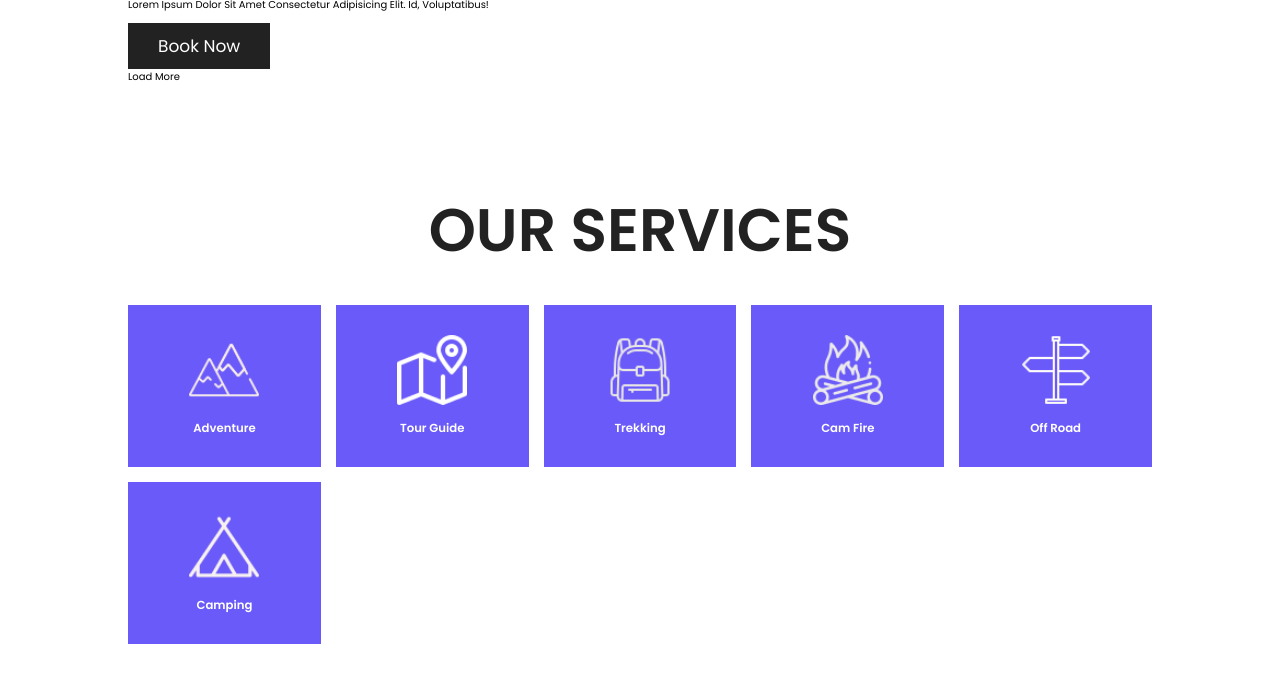
Repository: CTCuong/Traveloka-Web
Page: assets/home.html
These files come from the project's save history. The page is drawn as it stood at one moment and after the next save; the edit follows.
The browser window is 1280 px wide. The pictures show the part of the page from y = 2838 to 3532 px (the page is 4178 px tall before and 4218 px after).
Pictures or frames that could not be fetched are drawn as grey boxes. A picture or video elsewhere on the page could not be fetched, so the positions and the page height are approximate. Backgrounds fixed to the window are drawn as part of the page.

Above is the page before, as saved 2023-07-04 21:03:31.

### assets/home.html
<!DOCTYPE html>
<html lang="en">
<head>
    <meta charset="UTF-8">
    <meta name="viewport" content="width=device-width, initial-scale=1.0">
    <title>Document</title>
    <!--swiper css-->
    <link rel="stylesheet"href="https://cdn.jsdelivr.net/npm/swiper@9/swiper-bundle.min.css"/>
    <!--font awesome link-->
    <link rel="stylesheet" href="https://cdnjs.cloudflare.com/ajax/libs/font-awesome/6.4.0/css/all.min.css">
    <!-- css file link -->
    <link rel="stylesheet" href="/assets/css/style.css">
</head>
<body>
    <!-- header section starts -->
    <section class="header">
        <a href="home.html" class="logo">travel.</a>

        <nav class="navbar">
            <a href="home.html">Home</a>
            <a href="about.html">About</a>
            <a href="package.html">Package</a>
            <a href="book.html">Book</a>

        </nav>

        <div id="menu-btn" class="fas fa-bars"></div>
    </section>
    <!-- header section ends -->

    <!-- home section starts -->
    <section class="home">

        <div class="swiper home-slider">

            <div class="swiper-wrapper">

                <div class="swiper-slide slide" style="background: url(/assets/image/Content/sun-moon-lake-morning-taiwan.jpg) no-repeat;">
                    <div class="content">
                        <span>explore, discover, travel</span>
                        <h3>travel arround the world</h3>
                        <a href="package.html" class="btn">discover more</a>
                    </div>
                </div>

                <div class="swiper-slide slide" style="background: url(/assets/image/Content/sun-moon-lake-morning-taiwan.jpg) no-repeat;">
                    <div class="content">
                        <span>explore, discover, travel</span>
                        <h3>discover the new places</h3>
                        <a href="package.html" class="btn">discover more</a>
                    </div>
                </div>

                <div class="swiper-slide slide" style="background: url(/assets/image/Content/sun-moon-lake-morning-taiwan.jpg) no-repeat;">
                    <div class="content">
                        <span>explore, discover, travel</span>
                        <h3>make your tour worthwhile</h3>
                        <a href="package.html" class="btn">discover more</a>
                    </div>
                </div>

            </div>
            <div class="swiper-pagination"></div>

        </div>
    </section>
    <!-- home section ends -->

    <!-- home about section strats -->
    <section class="home-about">

        <div class="image">
            <img src="/assets/image/About/beautiful-sunrise-fishing-dip-nets-pakpra-phatthalung-thailand_335224-816.avif" alt="">
        </div>

        <div class="content">
            <h3>about us</h3>
            <p>Hội An – nơi mà cuộc sống cứ bình lặng như thế. Hội An – nơi mà dường như dòng chảy vô tình của thời gian chẳng thể nào vùi lấp đi cái không khí cổ xưa.
             Những mái ngói cũ phủ đầy rêu phong, những con đường ngập trong sắc đỏ của đèn lồng, những bức hoành phi được chạm trổ tinh vi, tất cả như đưa ta về với
             một thế giới của vài trăm năm trước</p>
            <a href="about.html" class="btn"> read more</a>
        </div>
    </section>

    <!-- home about section ends -->

    <!-- home package section starts -->
    <section class="home-packages">

        <h1 class="heading"> our packages </h1>

        <div class="box-container">

            <div class="box">
                <div class="image">
                    <img src="/assets/image/Packages/3.jpg" alt="">
                </div>
                <div class="content">
                    <h3> adventure & tour </h3>
                    <p>Lorem ipsum dolor sit amet consectetur adipisicing elit. Id, voluptatibus!</p>
                    <a href="book.html" class="btn"> book now </a>
                </div>
            </div>

            <div class="box">
                <div class="image">
                    <img src="/assets/image/Packages/4.jpg" alt="">
                </div>
                <div class="content">
                    <h3> adventure & tour </h3>
                    <p>Lorem ipsum dolor sit amet consectetur adipisicing elit. Id, voluptatibus!</p>
                    <a href="book.html" class="btn"> book now </a>
                </div>
            </div>

            <div class="box">
                <div class="image">
                    <img src="/assets/image/Packages/1000_F_123366928_zyyHM653FcF4yUdvN18QuJ5tGSyccTAS.jpg" alt="">
                </div>
                <div class="content">
                    <h3> adventure & tour </h3>
                    <p>Lorem ipsum dolor sit amet consectetur adipisicing elit. Id, voluptatibus!</p>
                    <a href="book.html" class="btn"> book now </a>
                </div>
            </div>

        </div>

        <div class="load-more"> <a href="package.html"></a>load more</div>

    </section>
    <!-- home package section ends -->




    <!-- services section starts -->
    <section class="services">
        <h1 class="heading-title"> our services </h1>

        <div class="box-container">

            <div class="box">
                <img src="/assets/image/Services/1.png" alt="">
                <h3> adventure </h3>
            </div>

            <div class="box">
                <img src="/assets/image/Services/2.png" alt="">
                <h3> tour guide </h3>
            </div>

            <div class="box">
                <img src="/assets/image/Services/3.png" alt="">
                <h3> trekking </h3>
            </div>


            <div class="box">
                <img src="/assets/image/Services/4.png" alt="">
                <h3> cam fire </h3>
            </div>

            <div class="box">
                <img src="/assets/image/Services/5.png" alt="">
                <h3> off road </h3>
            </div>

            <div class="box">
                <img src="/assets/image/Services/6.png" alt="">
                <h3> camping </h3>
            </div>

        </div>
    </section>
    <!-- services section ends -->



    <!-- footer section starts -->

    <section class="footer">
        <div class="box-container">

            <div class="box">
                <h3>quick links</h3>
                <a href="home.html"><i class="fas fa-angle-right"></i>Home</a>
                <a href="about.html"><i class="fas fa-angle-right"></i>About</a>
                <a href="package.html"><i class="fas fa-angle-right"></i>Package</a>
                <a href="book.html"><i class="fas fa-angle-right"></i>Book</a>
            </div>

            <div class="box">
                <h3>extra links</h3>
                <a href="#"><i class="fas fa-angle-right"></i> ask question</a>
                <a href="#"><i class="fas fa-angle-right"></i> about us</a>
                <a href="#"><i class="fas fa-angle-right"></i> privacy policy</a>
                <a href="#"><i class="fas fa-angle-right"></i> terms of use</a>
            </div>

            <div class="box">
                <h3>contract info</h3>
                <a href="#"><i class="fas fa-phone"></i> +84 098-326-789 </a>
                <a href="#"><i class="fas fa-phone"></i> +84 023-908-7865 </a>
                <a href="#"><i class="fas fa-envelope"></i> travekhanas@gmail.com </a>
                <a href="#"><i class="fas fa-map"></i> HaNoi, VietNam   </a>
            </div>

            <div class="box">
                <h3>follow us</h3>
                <a href="#"><i class="fab fa-facebook"></i> facebook </a>
                <a href="#"><i class="fab fa-twitter"></i> twitter </a>
                <a href="#"><i class="fab fa-instagram"></i> instagram </a>
                <a href="#"><i class="fab fa-telegram"></i> telegram </a>
            </div>

        </div>

        <div class="credit"> created by <span>mr. Cao Tran Cuong</span> | all rights reserved! </div>
    </section>
    <!-- footer section ends -->

    <!--swiper js-->
    <script src="https://cdn.jsdelivr.net/npm/swiper@9/swiper-bundle.min.js"></script>
    <!-- js file link -->
    <script src="/assets/js/scrip.js"></script>
</body>
</html>

### assets/css/style.css
@import url('https://fonts.googleapis.com/css2?family=Poppins:ital,wght@0,100;0,200;0,300;0,400;0,500;0,600;1,100;1,200;1,300;1,400;1,500;1,600&display=swap');

:root {
    --main-color:#6A5AF9;
    --black:#222;
    --white: #fff;
    --light-black:#777;
    --light-white:#fff9;
    --drak-bg:rgba(0,0,0,.7);
    --light-bg:#eee;
    --border:1rem solid var(var(--black));
    --text-shadow:0 1.5rem 3rem rgba(0,0,0,.3);
    --box-shadow:0 1.5rem 3rem rgba(0,0,0,.1);
}
* {
    font-family: 'Poppins', sans-serif;
    margin: 0; padding: 0;
    box-sizing: border-box;
    outline: none; border: none;
    text-decoration: none;
    text-transform: capitalize;

}

html {
    font-size: 62.5%;
    overflow-x: hidden;
}

html::-webkit-scrollbar {
    width : 1rem;
}

html::-webkit-scrollbar-track {
    background-color: var(--white);
}

html::-webkit-scrollbar-thumb {
    background-color: var(--main-color);
}
section {
    padding: 5rem 10%;
}
.header {
    position: sticky;
    top:0; left: 0; right: 0;
    z-index: 1000;
    background-color: var(--white);
    display: flex;
    padding-top: 2rem;
    padding-bottom: 2rem;
    box-shadow: var(--box-shadow);
    align-items: center;
    justify-content:space-between;
}

.header .logo {
    font-size: 2.5rem;
    color: var(--black);
}

.header .navbar a {
    font-size: 2rem;
    margin-left: 2rem;
    color: var(--black);
}

#menu-btn {
    font-size: 2.5rem;
    color: var(--black);
    cursor: pointer;
    display: none;
}

.home {
    padding: 0;
}

.home .slide {
    text-align: center;
    padding: 2rem;
    display: flex;
    align-items: center;
    justify-content: center;
    background-size: cover !important;
    background-position: center !important;
    min-height: 60rem;
}

.home .slide .content {
    width: 85rem;
    display: none;
}

.home .swiper-slide-active .content {
    display: inline-block;
}

.home .slide .content span {
    display: block;
    font-size: 2.2rem;
    color: var(--light-white);
    padding-bottom: 1rem;
    animation:fadeIn .4s linear backwards .2s;
}

.home .slide .content h3 {
    font-size: 6vw;
    color: var(--white);
    text-transform: uppercase;
    line-height: 1;
    text-shadow: var(--text-shadow);
    padding: 1rem 0;
    animation:fadeIn .4s linear backwards .4s;
}

.home .slide .content .btn {
    animation:fadeIn .4s linear backwards .6s;
}


@keyframes fadeIn {
    0% {
        transform: scale(0);
        opacity: 0;
    }
}
.btn {
    display: inline-block;
    background: var(--black);
    margin-top: 1rem;
    color: var(--white);
    font-size: 1.7rem;
    padding: 1rem 3rem;
    cursor: pointer;

}

.btn:hover {
    background: var(--main-color);
}

.home-about {
    display: flex;
    align-items: center;
    flex-wrap: wrap;
}

.home-about .image {
    flex: 1 1 41rem;
}

.home-about .image img {
    width: 100%;

}

.home-about .content {
    flex: 1 1 41rem;
    padding: 3rem;
    background: var(--light-bg);
}

.home-about .content h3 {
    font-size: 3rem;
    color: var(--black);
}

.home-about .content p {
    font-size: 1.5rem;
    padding: 1rem;
    line-height:2 ;
    color: var(--black);
}

.services .box-container {
    display: grid;
    grid-template-columns: repeat(auto-fit, minmax(16rem, 1fr));
    gap : 1.5rem;
}

.services .box-container .box {
    padding: 3rem 2rem;
    text-align: center;
    background: var(--main-color);
    cursor: pointer;
}


.services .box-container .box:hover {
    background: var(--black) ;
}

.services .box-container .box h3 {
    color: var(--white);
    font-size: 1,7rem;
    padding-top: 1rem;
}

.services .box-container .box img {
    height: 7rem;
}

.heading-title {
    text-align: center;
    margin-bottom: 3rem;
    font-size: 6rem;
    text-transform: uppercase;
    color: var(--black);
}





























.footer {
    background:url(/assets/image/Footer/low-angle-nature-night-time.jpg) no-repeat;
    background-size: cover;
    background-position: center;
    background-attachment: fixed;
}

.footer .box-container {
    display: grid;
    grid-template-columns: repeat(auto-fit, minmax(25rem, 1fr));
    gap : 3rem;
}

.footer .box-container .box h3{
    color: var(--white);
    font-size: 2.5rem;
    padding-bottom: 2rem;
}

.footer .box-container .box a {
    color: var(--light-white);
    font-size: 1.5rem;
    padding-bottom: 1.5rem;
    display: block;
}

.footer .box-container .box a i {
    color: var(--main-color);
    padding-right: .5rem;
    transition: .2s linear ;
}

.footer .box-container .box a:hover i {
    padding-right: 2rem;
}

.footer .credit {
    text-align: center;
    padding-top: 3.5rem;
    margin-top: 3rem;
    border-top: .1rem solid var(--light-bg);
    font-size: 2rem;
    color: var(--white);
}

.footer .credit span {
    color:var(--main-color);
}



/* media queries */
@media (max-width:1200px) {

    section {
        padding: 3rem 5%;
    }

}

@media (max-width:991px) {

    html {
        font-size: 55%;
    }

    section {
        padding: 3rem 2rem;
    }

    .home .slide .content h3 {
        font-size: 10vw;
    }
}

@media (max-width:768px) {
    #menu-btn {
         display: inline-block;
         transition: .2s linear;
    }

    #menu-btn.fa-times {
        transform: rotate(180deg);
    }

    .header .navbar {
        position: absolute;
        top:99%; left:0; right:0;
        background-color: var(--white);
        border-top: var(--border);
        padding: 2rem;
        transition: .2s linear;
        clip-path: polygon(0 0, 100% 0, 100% 0, 0 0);
    }

    .header .navbar.active {
        clip-path: polygon(0 0, 100% 0, 100% 100%, 0 100%);
    }

    .header .navbar a {
        display:block;
        margin: 2rem;
        text-align: center ;
    }

}
@media (max-width:450px) {

    html {
        font-size: 50%;
    }

    .heading-title {
        font-size: 3.5rem;
    }

}

### assets/js/scrip.js
let menu = document.querySelector('#menu-btn');
let navbar = document.querySelector('.header .navbar');

menu.onclick = () =>{
    menu.classList.toggle('fa-times');
    navbar.classList.toggle('active');
};

window.onscroll = () => {
    menu.classList.remove('fa-times')
    navbar.classList.remove('active')

};

var swiper = new Swiper(".home-slider", {
    spaceBetween: 30,
    pagination: {
      el: ".swiper-pagination",
      clickable: true,
    },
});

After the next save:
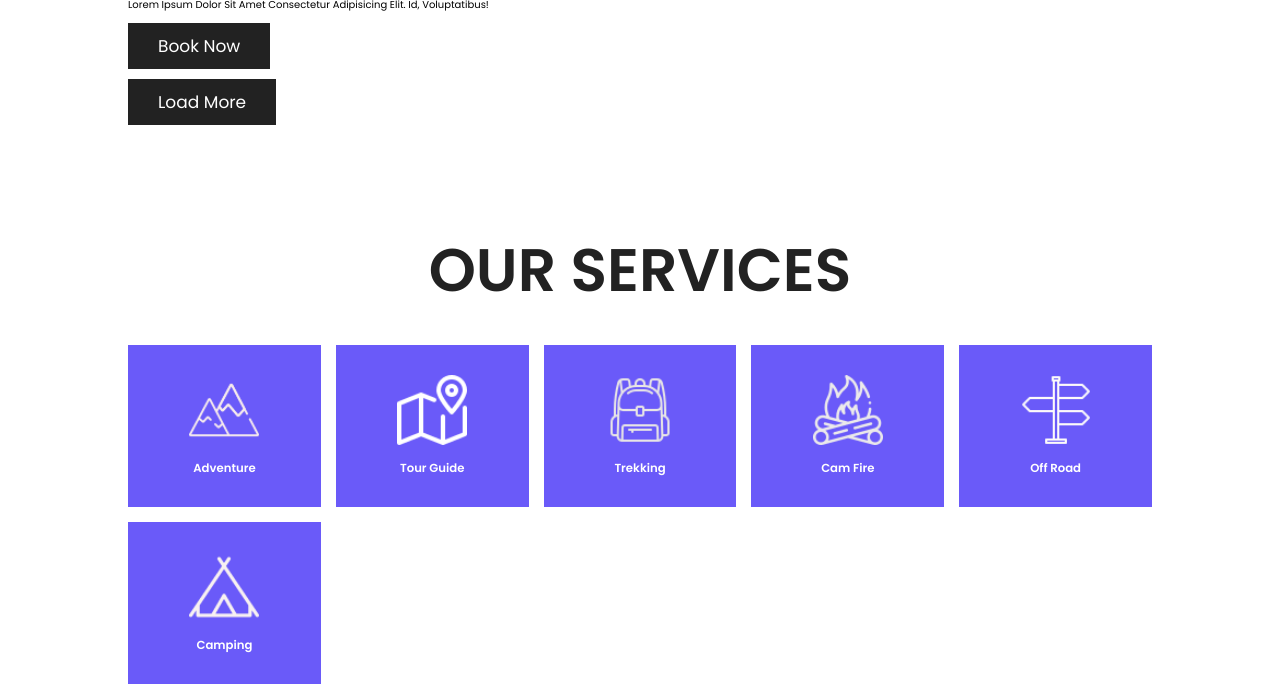
Saved 49 s later.
--- a/assets/home.html
+++ b/assets/home.html
@@ -126,7 +126,7 @@
 
         </div>
 
-        <div class="load-more"> <a href="package.html"></a>load more</div>
+        <div class="load-more"> <a href="package.html" class="btn">load more</a></div>
 
     </section>
     <!-- home package section ends -->
